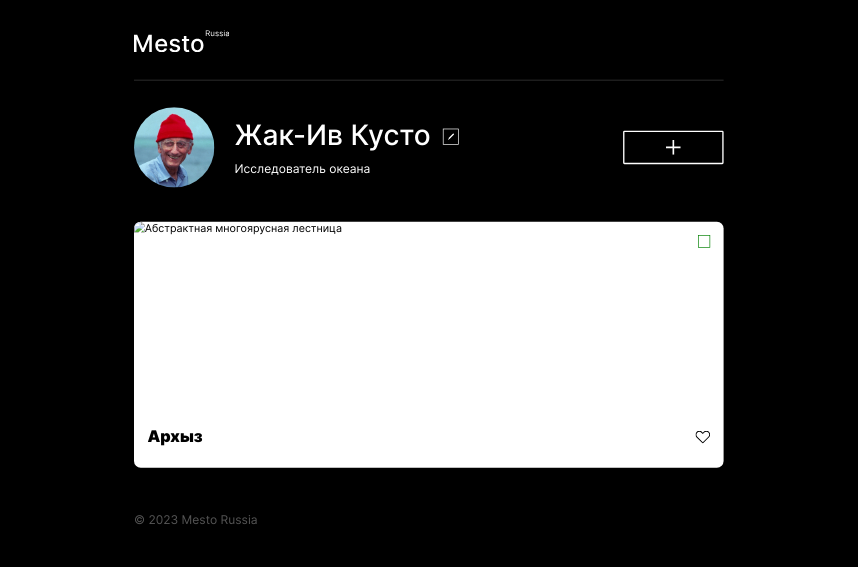
Repository: Dmitry-Rusinov/mesto
Page: index.html
An editor plug-in stored every save of this project. The page is shown before and after the next save, followed by the edit.
The browser window is 1280 px wide. The pictures show the whole page, at 67% of full size.

Above is the page before, as saved 2023-05-12 15:29:17.

### index.html
<!DOCTYPE html>
<html lang="ru">
  <head>
    <meta charset="UTF-8" />
    <meta name="viewport" content="width=device-width, initial-scale=1.0" />
    <link rel="stylesheet" href="./pages/index.css" />
    <title>Третий проект Яндекс.Практикум "Место"</title>
  </head>
  <body class="page">
    <div class="content">
      <header class="header">
        <img
          src="./images/logo.svg"
          alt="Логотип проекта Место.Россия"
          class="header__logo"
        />
      </header>
      <main>
        <section class="profile">
          <img
            src="./images/image.jpg"
            alt="Фотография пользователя"
            class="profile__avatar"
          />
          <div class="profile__info">
            <h1 class="profile__info-title">Жак-Ив Кусто</h1>
            <button
              type="button"
              title="Кнопка редактирования профиля"
              class="profile__edit-button"
            ></button>
            <p class="profile__subtitle">Исследователь океана</p>
          </div>
          <button
            type="button"
            title="Кнопка добавления фото-карточки"
            class="profile__add-button"
          ></button>
        </section>
        <section class="elements">
          <ul class="elements__card">
            <template id="elements__card-content">
              <img
                alt="Абстрактная многоярусная лестница"
                class="elements__picture"
              />
              <button type="button" title="Кнопка удаления карточки" class="elements__button-delete"></button>
              <div class="elements__description">
                <div class="elements__container">
                  <h2 class="elements__title"></h2>
                  <button
                    type="button"
                    title="Кнопка лайка картинки"
                    class="elements__button-like"
                  ></button>
                </div>
              </div>
            </template>
            <li class="elements__card-content">
              <img
                src="./images/andrea-de-santis-Hu1ixxtInvs-unsplash.jpg"
                alt="Абстрактная многоярусная лестница"
                class="elements__picture"
              />
              <button type="button" title="Кнопка удаления карточки" class="elements__button-delete"></button>
              <div class="elements__description">
                <div class="elements__container">
                  <h2 class="elements__title">Лестница</h2>
                  <button
                    type="button"
                    title="Кнопка лайка картинки"
                    class="elements__button-like"
                  ></button>
                </div>
              </div>
            </li>
            <li class="elements__card-content">
              <img
                src="./images/david-becker-pEqvRg-o-PY-unsplash.jpg"
                alt="Северное сияние"
                class="elements__picture"
              />
              <button type="button" title="Кнопка удаления карточки" class="elements__button-delete"></button>
              <div class="elements__description">
                <div class="elements__container">
                  <h2 class="elements__title">Северное сияние</h2>
                  <button
                    type="button"
                    title="Кнопка лайка картинки"
                    class="elements__button-like"
                  ></button>
                </div>
              </div>
            </li>
            <li class="elements__card-content">
              <img
                src="./images/hamdhulla-shakeeb-S98UHzzXq_E-unsplash.jpg"
                alt="Пляж с пальмами и голубой водой"
                class="elements__picture"
              />
              <button type="button" title="Кнопка удаления карточки" class="elements__button-delete"></button>
              <div class="elements__description">
                <div class="elements__container">
                  <h2 class="elements__title">Пляж</h2>
                  <button
                    type="button"
                    title="Кнопка лайка картинки"
                    class="elements__button-like"
                  ></button>
                </div>
              </div>
            </li>
            <li class="elements__card-content">
              <img
                src="./images/josh-hild-znpfVkfxRgk-unsplash.jpg"
                alt="Девушка с удивленным взглядом в поле цветов"
                class="elements__picture"
              />
              <button type="button" title="Кнопка удаления карточки" class="elements__button-delete"></button>
              <div class="elements__description">
                <div class="elements__container">
                  <h2 class="elements__title">Девушка в цветах</h2>
                  <button
                    type="button"
                    title="Кнопка лайка картинки"
                    class="elements__button-like"
                  ></button>
                </div>
              </div>
            </li>
            <li class="elements__card-content">
              <img
                src="./images/mat-5DDrT2ioNuI-unsplash.jpg"
                alt="Римские колонны"
                class="elements__picture"
              />
              <button type="button" title="Кнопка удаления карточки" class="elements__button-delete"></button>
              <div class="elements__description">
                <div class="elements__container">
                  <h2 class="elements__title">Римские колонны</h2>
                  <button
                    type="button"
                    title="Кнопка лайка картинки"
                    class="elements__button-like"
                  ></button>
                </div>
              </div>
            </li>
            <li class="elements__card-content">
              <img
                src="./images/shana-van-roosbroek-nkS1Y4KsEAw-unsplash.jpg"
                alt="Доски для серфинга на пляже"
                class="elements__picture"
              />
              <button type="button" title="Кнопка удаления карточки" class="elements__button-delete"></button>
              <div class="elements__description">
                <div class="elements__container">
                  <h2 class="elements__title">Серфинг</h2>
                  <button
                    type="button"
                    title="Кнопка лайка картинки"
                    class="elements__button-like"
                  ></button>
                </div>
              </div>
            </li>
          </ul>
        </section>
      </main>
      <footer class="footer">
        <p class="footer__text">© 2023 Mesto Russia</p>
      </footer>
    </div>
    <div class="popup">
      <div class="popup__container">
        <button
          type="button"
          class="popup__closed"
          title="Кнопка закрытия формы"
        ></button>
        <h2 class="popup__title">Редактировать профиль</h2>
        <form name="form" class="popup__form">
          <fieldset class="popup__content">
            <input
              class="popup__input popup__input_user_name"
              type="text"
              id="user-name"
              placeholder="Как вас зовут?"
              minlength="1"
              maxlength="200"
              name="name"
            />
            <input
              class="popup__input popup__input_user_job"
              type="text"
              id="description"
              placeholder="Дополнитерьная информация"
              minlength="1"
              maxlength="400"
              name="job"
            />
          </fieldset>
          <button type="submit" class="popup__submit" value="eddit">
            Сохранить
          </button>
        </form>
      </div>
    </div>
    <script src="./scripts/index.js"></script>
  </body>
</html>

### vendor/fonts.css
@font-face {
  font-family: 'Inter';
  font-style:  normal;
  font-weight: 400;
  font-display: swap;
  src: url("Inter-Regular.woff2?v=3.19") format("woff2"),
       url("Inter-Regular.woff?v=3.19") format("woff");
}
@font-face {
  font-family: 'Inter';
  font-style:  normal;
  font-weight: 500;
  font-display: swap;
  src: url("Inter-Medium.woff2?v=3.19") format("woff2"),
       url("Inter-Medium.woff?v=3.19") format("woff");
}
@font-face {
  font-family: 'Inter';
  font-style:  normal;
  font-weight: 900;
  font-display: swap;
  src: url("Inter-Black.woff2?v=3.19") format("woff2"),
       url("Inter-Black.woff?v=3.19") format("woff");
}

### blocks/page/page.css
.page {
  font-family: "Inter", Helvetica, Arial, sans-serif;
  background-color: #000000;
  -webkit-text-size-adjust: 100%;
  -ms-text-size-adjust: 100%;
  -moz-text-size-adjust: 100%;
  -webkit-font-smoothing: antialiased;
  -moz-osx-font-smoothing: grayscale;
  text-rendering: optimizeLegibility;
  margin: 0 auto;
  width: 100%;
}

### blocks/content/content.css
.content {
  max-width: calc(1280px - 2 * 200px);
  width: calc(100% - 2 * 200px);
  margin: 45px auto 60px;
  position: relative;
}

@media screen and (max-width: 1279px) {
  .content {
    max-width: calc(1279px - 2 * 15.6%);
    width: calc(100% - 2 * 15.6%);
  }
}

@media screen and (max-width: 768px) {
  .content {
    max-width: calc(768px - 2 * 6%);
    width: calc(100% - 2 * 6%);
    margin: 28px auto 36px;
  }
}

@media screen and (max-width: 320px) {
  .content {
    width: 100%;
  }
}

### blocks/header/header.css
.header {
  display: flex;
  flex-direction: column;
  justify-content: space-between;
  margin: 0;
  border-bottom: 1px solid rgba(84, 84, 84, 0.7);
}

### blocks/header/__logo/header__logo.css
.header__logo {
  object-fit: contain;
  margin-bottom: 41px;
  max-width: 142px;
}

@media screen and (max-width: 320px) {
  .header__logo {
    max-width: 103.74px;
    margin-bottom: 31.6px;
    margin-left: 27px;
  }
}

### blocks/profile/profile.css
.profile {
  display: flex;
  width: 100%;
  margin: 40px auto 0;
  align-items: center;
}
@media screen and (max-width: 980px) {
  .profile {
    flex-direction: column;
  }
}

### blocks/profile/__avatar/profile__avatar.css
.profile__avatar {
  object-fit: cover;
  border-radius: 50%;
  width: 120px;
  height: 120px;
  margin-right: 30px;
  padding: 0;
}

@media screen and (max-width: 980px) {
  .profile__avatar {
    margin: 0 auto 26px;
  }
}

### blocks/profile/__edit-button/profile__edit-button.css
.profile__edit-button {
  border: 1px solid #ffffff;
  background-image: url(../../../images/edit-button.svg);
  height: 24px;
  width: 24px;
  background-color: transparent;
  background-position: center;
  cursor: pointer;
  transition: opacity 0.6s;
  box-sizing: border-box;
  padding: 0;
  background-repeat: no-repeat;
}

.profile__edit-button:hover {
  opacity: 0.6;
}

@media screen and (max-width: 425px) {
  .profile__edit-button {
    height: 18px;
    width: 18px;
    background-size: 8px;
  }
}

### blocks/profile/__info/profile__info.css
.profile__info {
  display: grid;
  grid-template-columns: 1fr 24px;
  column-gap: 18px;
  row-gap: 16px;
  align-items: baseline;
  box-sizing: border-box;
  max-width: 336px;
}

@media screen and (max-width: 980px) {
  .profile__info {
    margin: 0 auto 36px;
  }
}

@media screen and (max-width: 425px) {
  .profile__info {
    grid-template-columns: 1fr 18px;
    column-gap: 14px;
    row-gap: 10px;
  }
}

### blocks/profile/__info-title/profile__info-title.css
.profile__info-title {
  color: white;
  font-style: normal;
  font-weight: 500;
  font-size: 42px;
  line-height: 48px;
  margin: 0;
  padding: 0;
  text-overflow: ellipsis;
  white-space: nowrap;
  overflow: hidden;
  vertical-align: baseline;
}

@media screen and (max-width: 980px) {
  .profile__info-title {
    text-align: center;
  }
}

@media screen and (max-width: 425px) {
  .profile__info-title {
    font-size: 27px;
    line-height: 33px;
  }
}

### blocks/profile/__subtitle/profile__subtitle.css
.profile__subtitle {
  font-style: normal;
  font-weight: 400;
  font-size: 18px;
  line-height: 1.22;
  margin: 0;
  padding: 0;
  color: #ffffff;
  text-overflow: ellipsis;
  white-space: nowrap;
  overflow: hidden;
}

@media screen and (max-width: 980px) {
  .profile__subtitle {
    text-align: center;
    grid-column: 1 / 3;
  }
}

@media screen and (max-width: 425px) {
  .profile__subtitle {
    font-size: 14px;
    line-height: 17px;
  }
}

### blocks/elements/elements.css
.elements {
  margin: 51px auto 0;
}

@media screen and (max-width: 425px) {
  .elements {
    margin: 36px auto 0;
  }
}

### blocks/elements/__card/elements__card.css
.elements__card {
  list-style: none;
  display: grid;
  grid-template-columns: repeat(3, 1fr);
  column-gap: 17px;
  row-gap: 20px;
  margin: 0;
  padding: 0;
}

@media screen and (max-width: 1279px) {
  .elements__card {
    grid-template-columns: repeat(2, 1fr);
    max-width: max-content;
    margin: 0 auto;
  }
}

@media screen and (max-width: 980px) {
  .elements__card {
    grid-template-columns: 1fr;
  }
}

### blocks/elements/__button-like/elements__button-like.css
.elements__button-like {
  background-image: url(../../../images/botton-like.svg);
  width: 22px;
  height: 19px;
  border: 0;
  background-color: transparent;
  cursor: pointer;
  transition: opacity 0.6s;
}

.elements__button-like:hover {
  opacity: 0.5;
}

.elements__button-like:active {
  background-image: url(../../../images/button-like-active.svg);
  opacity: 1;
}

### blocks/elements/__card-content/elements__card-content.css
.elements__card-content {
  display: flex;
  position: relative;
  flex-direction: column;
  border-radius: 10px;
  margin: 0;
  padding: 0;
  overflow: hidden;
  background: #FFFFFF;
}

### blocks/elements/__container/elements__container.css
.elements__container {
  display: flex;
  justify-content: space-between;
  margin: 25px 20px 31px;
  align-items: center;
}

### blocks/elements/__picture/elements__picture.css
.elements__picture {
  height: 282px;
  width: 100%;
  object-fit: cover;
}

### blocks/elements/__title/elements__title.css
.elements__title {
  font-style: normal;
  font-weight: 900;
  font-size: 1.5em;
  line-height: 1.2;
  margin: 0;
  padding: 0;
  max-width: 220px;
  text-overflow: ellipsis;
  white-space: nowrap;
  overflow: hidden;
}

### blocks/elements/__button-delete/elements__button-delete.css
.elements__button-delete {
  position: absolute;
  background-image: url(../../../images/deleteCard-basket.svg);
  cursor: pointer;
  top: 20px;
  right: 20px;
  width: 18px;
  height: 19px;
  border: 1px solid green;
  background-color: transparent;
  background-repeat: no-repeat;
  transition: opacity 0.6s;
}

.elements__button-delete:hover {
  opacity: 0.6;
}

### blocks/footer/footer.css
.footer {
  max-width: 318px;
  margin-top: 67px;
  margin-right: auto;
}

@media screen and (max-width: 425px) {
  .footer {
    margin-top: 48px;
  }
}

### blocks/footer/__text/footer__text.css
.footer__text {
  font-style: normal;
  font-weight: 400;
  font-size: 18px;
  line-height: 22px;
  color: #545454;
  margin: 0;
  padding: 0;
}

@media screen and (max-width: 320px) {
  .footer__text {
    font-size: 14px;
    line-height: 17px;
    margin: 0 19px;
  }
}

### blocks/popup/popup.css
.popup {
  position: fixed;
  top: 0;
  left: 0;
  z-index: 5;
  width: 100%;
  height: 100%;
  display: none;
  background-color: rgba(0, 0, 0, 0.5);
  justify-content: center;
  align-items: center;
}

### blocks/popup/__title/popup__title.css
.popup__title {
  font-style: normal;
  font-weight: 900;
  font-size: 24px;
  line-height: 29px;
  margin: 0;
  padding: 0;
}

@media screen and (max-width: 768px) {
  .popup__title {
    font-size: 18px;
    line-height: 22px;
  }
}

### blocks/popup/__submit/popup__submit.css
.popup__submit {
  margin: 0;
  padding-top: 14px;
  padding-bottom: 14px;
  border-radius: 2px;
  background-color: #000000;
  color: #fff;
  width: 100%;
  font-style: normal;
  font-weight: 400;
  font-size: 18px;
  line-height: 22px;
  text-align: center;
  border: none;
  transition: .6s ease;
  cursor: pointer;
}

.popup__submit:hover {
  background-color: rgba(0, 0, 0, .8);
}

@media screen and (max-width: 768px) {
  .popup__submit {
    margin: 28px 0 0;
    font-size: 14px;
    line-height: 17px;
  }
}

### blocks/popup/__input/popup__input.css
.popup__input {
  border: none;
  border-bottom: 1px solid rgba(0, 0, 0, 0.2);
  padding: 13px 0 10px;
  margin: 0 0 17px;
  width: 100%;
  font-style: normal;
  font-weight: 400;
  font-size: 14px;
  line-height: 17px;
}

### blocks/popup/__form/popup__form.css
.popup__form {
  display: flex;
  flex-direction: column;
  box-sizing: border-box;
  margin-top: 35px;
}

@media screen and (max-width: 768px) {
  .popup__form {
    margin-top: 62px;
  }
}

### blocks/popup/__content/popup__content.css
.popup__content {
  padding: 0;
  margin: 0 0 31px;
  border: none;
  flex-direction: column;
}
@media screen and (max-width: 768px) {
  .popup__content {
    margin: 0;
  }
}

### blocks/popup/__container/popup__container.css
.popup__container {
  border-radius: 10px;
  background: #fff;
  width: 358px;
  position: relative;
  box-shadow: 0px 0px 25px rgba(0, 0, 0, 0.15);
  flex-direction: column;
  z-index: 5;
  padding: 34px 36px 37px;
}

@media screen and (max-width: 768px) {
  .popup__container {
    width: 238px;
    padding: 25px 22px;
  }
}

### blocks/popup/__closed/popup__closed.css
.popup__closed {
  position: absolute;
  top: -40px;
  right: -40px;
  transition: opacity 0.6s;
  cursor: pointer;
  background-image: url(../../../images/close-icon.svg);
  height: 32px;
  width: 32px;
  background-color: transparent;
  border: none;
}

.popup__closed:hover {
  opacity: 0.6;
}

@media screen and (max-width: 768px) {
  .popup__closed {
    top: -36px;
    right: 0;
    background-image: url(../../../images/close-icon-mini.svg);
    height: 20px;
    width: 20px;
  }
}

### scripts/index.js
const buttonPopupOpen = document.querySelector('.profile__edit-button');
const popup = document.querySelector('.popup');
const buttonPopupClosed = document.querySelector('.popup__closed');
let formElement = document.querySelector('.popup__form');
let nameInput = document.querySelector('.popup__input_user_name');
let jobInput = document.querySelector('.popup__input_user_job');
let newNameInput = document.querySelector('.profile__info-title');
let newJobInput = document.querySelector('.profile__subtitle');

const togglePopupState = (popupToToggle) => popupToToggle.classList.toggle('popup_opened');

buttonPopupOpen.addEventListener('click', () => {
  togglePopupState(popup);
  nameInput.value = newNameInput.textContent;
  jobInput.value = newJobInput.textContent;
});

buttonPopupClosed.addEventListener('click', () => togglePopupState(popup));
/*popup.addEventListener('click', (evt) => {
  if (evt.target === evt.currentTarget) {
    togglePopupState(popup)
  }
})*/

function handleFormSubmit (evt) {
    evt.preventDefault();
    newNameInput.textContent = nameInput.value;
    newJobInput.textContent = jobInput.value;
    togglePopupState(popup);
}
// Прикрепляем обработчик к форме:
// он будет следить за событием “submit” - «отправка»
formElement.addEventListener('submit', handleFormSubmit);

const elementsCard = document.querySelector('.elements__card');
const elementsCardContent = document.querySelector('#elements__card-content').content;
//const elementsPicture = document.querySelector('.elements__picture');
//const elementsTitle = document.querySelector('.elements__title');


const initialCards = [
  {
    name: 'Архыз',
    link: 'https://pictures.s3.yandex.net/frontend-developer/cards-compressed/arkhyz.jpg'
  },
  {
    name: 'Челябинская область',
    link: 'https://pictures.s3.yandex.net/frontend-developer/cards-compressed/chelyabinsk-oblast.jpg'
  },
  {
    name: 'Иваново',
    link: 'https://pictures.s3.yandex.net/frontend-developer/cards-compressed/ivanovo.jpg'
  },
  {
    name: 'Камчатка',
    link: 'https://pictures.s3.yandex.net/frontend-developer/cards-compressed/kamchatka.jpg'
  },
  {
    name: 'Холмогорский район',
    link: 'https://pictures.s3.yandex.net/frontend-developer/cards-compressed/kholmogorsky-rayon.jpg'
  },
  {
    name: 'Байкал',
    link: 'https://pictures.s3.yandex.net/frontend-developer/cards-compressed/baikal.jpg'
  }
];

const elementsInfo = initialCards.map((item) => {
  return {
    name: item.name,
    link: item.link
  };
});

function createCard({name, link}) {
  const changedElements = elementsCard.querySelector('.elements__card-content').cloneNode(true);
  changedElements.querySelector('.elements__title').textContent = name;
  changedElements.querySelector('.elements__picture').src = link;
  elementsCard.replaceWith(changedElements);
}

function create() {
  elementsInfo.forEach(createCard);
}

create();

Loaded but not shown: vendor/normalize.css (library); blocks/popup/_opened/popup_opened.css (common file); pages/index.css (42 lines, source omitted); blocks/profile/__add-button/profile__add-button.css (40 lines, source omitted)

After the next save:
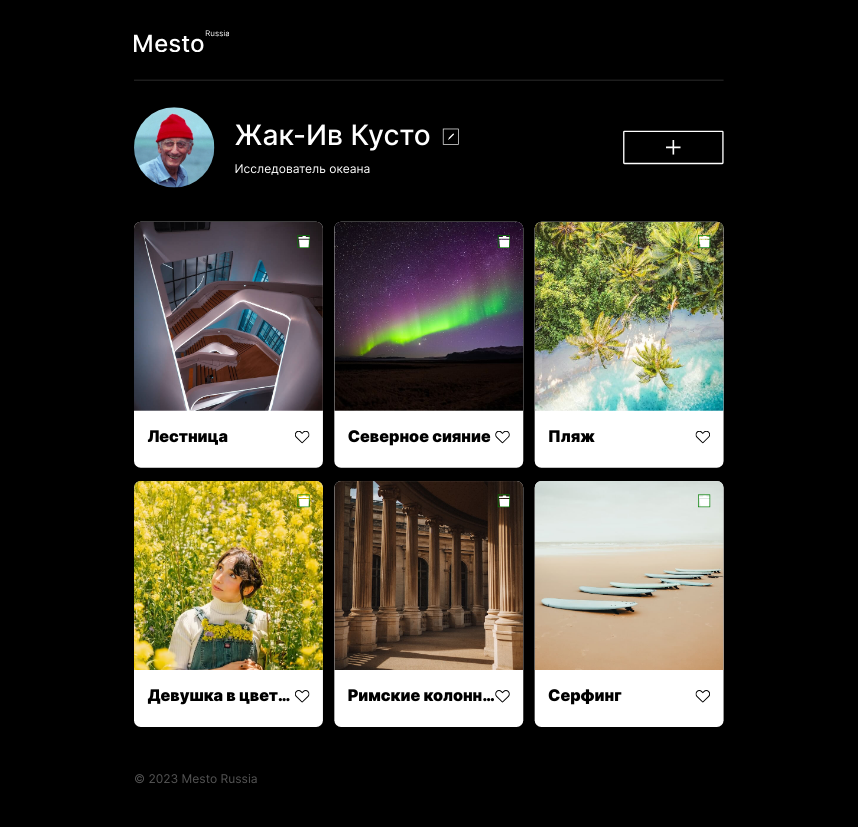
Console error: TypeError: Cannot read properties of null (reading 'cloneNode')
Saved 78 s later.
--- a/scripts/index.js
+++ b/scripts/index.js
@@ -73,10 +73,10 @@
 });
 
 function createCard({name, link}) {
-  const changedElements = elementsCard.querySelector('.elements__card-content').cloneNode(true);
+  const changedElements = elementsCard.querySelector('.elements__card').cloneNode(true);
   changedElements.querySelector('.elements__title').textContent = name;
   changedElements.querySelector('.elements__picture').src = link;
-  elementsCard.replaceWith(changedElements);
+  elementsCard.prepend(changedElements);
 }
 
 function create() {

After the 2 saves that followed:
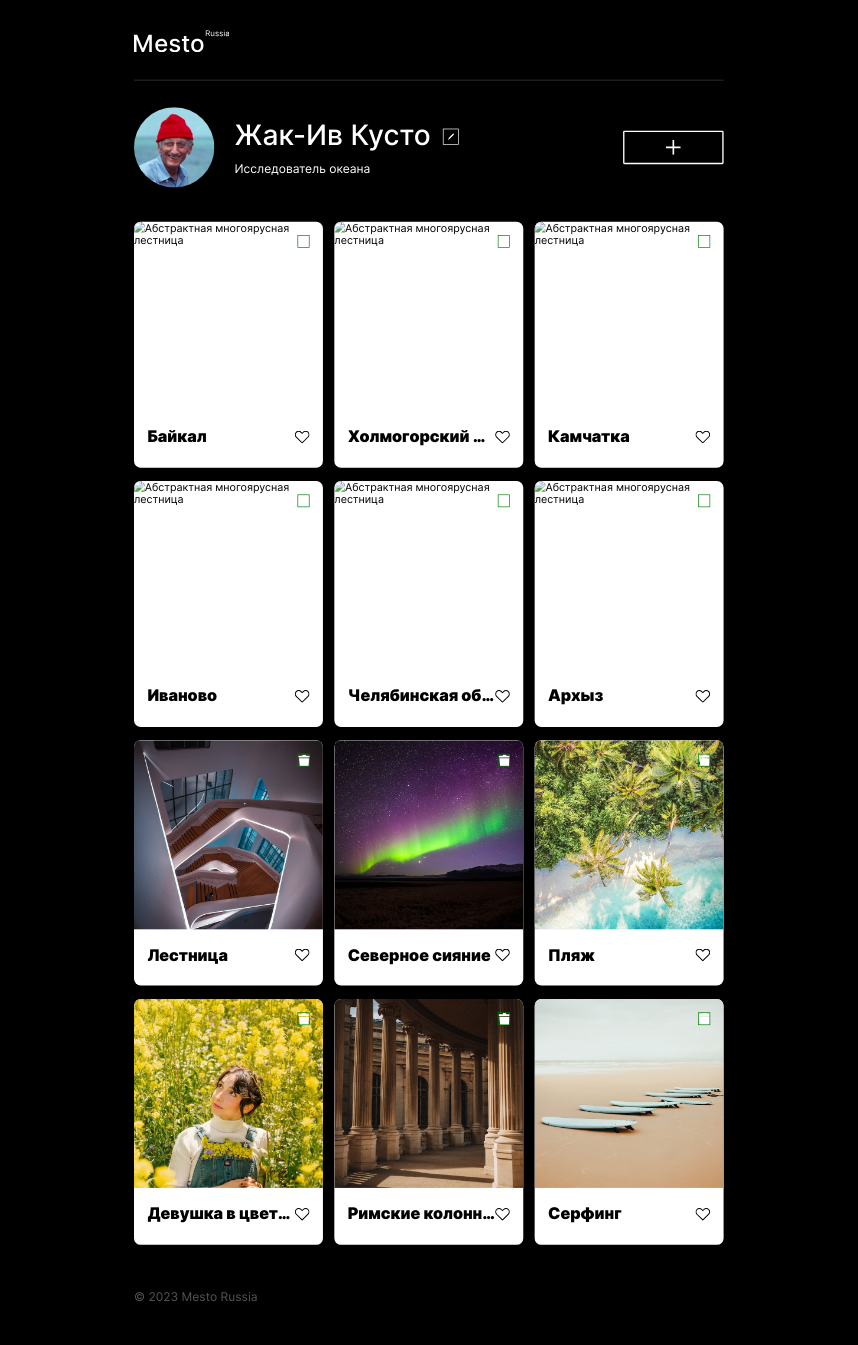
The error is gone.
The 2 saves are shown as one change because 1 left the picture as it was.
The last was saved 10 min 0 s later.
--- a/index.html
+++ b/index.html
@@ -39,7 +39,8 @@
         </section>
         <section class="elements">
           <ul class="elements__card">
-            <template id="elements__card-content">
+            <template id="template-card">
+              <li class="elements__card-content">
               <img
                 alt="Абстрактная многоярусная лестница"
                 class="elements__picture"
@@ -55,6 +56,7 @@
                   ></button>
                 </div>
               </div>
+              </li>
             </template>
             <li class="elements__card-content">
               <img
--- a/scripts/index.js
+++ b/scripts/index.js
@@ -33,7 +33,7 @@
 formElement.addEventListener('submit', handleFormSubmit);
 
 const elementsCard = document.querySelector('.elements__card');
-const elementsCardContent = document.querySelector('#elements__card-content').content;
+const templateCard = document.querySelector('#template-card').content;
 //const elementsPicture = document.querySelector('.elements__picture');
 //const elementsTitle = document.querySelector('.elements__title');
 
@@ -73,7 +73,7 @@
 });
 
 function createCard({name, link}) {
-  const changedElements = elementsCard.querySelector('.elements__card').cloneNode(true);
+  const changedElements = templateCard.querySelector('.elements__card-content').cloneNode(true);
   changedElements.querySelector('.elements__title').textContent = name;
   changedElements.querySelector('.elements__picture').src = link;
   elementsCard.prepend(changedElements);
